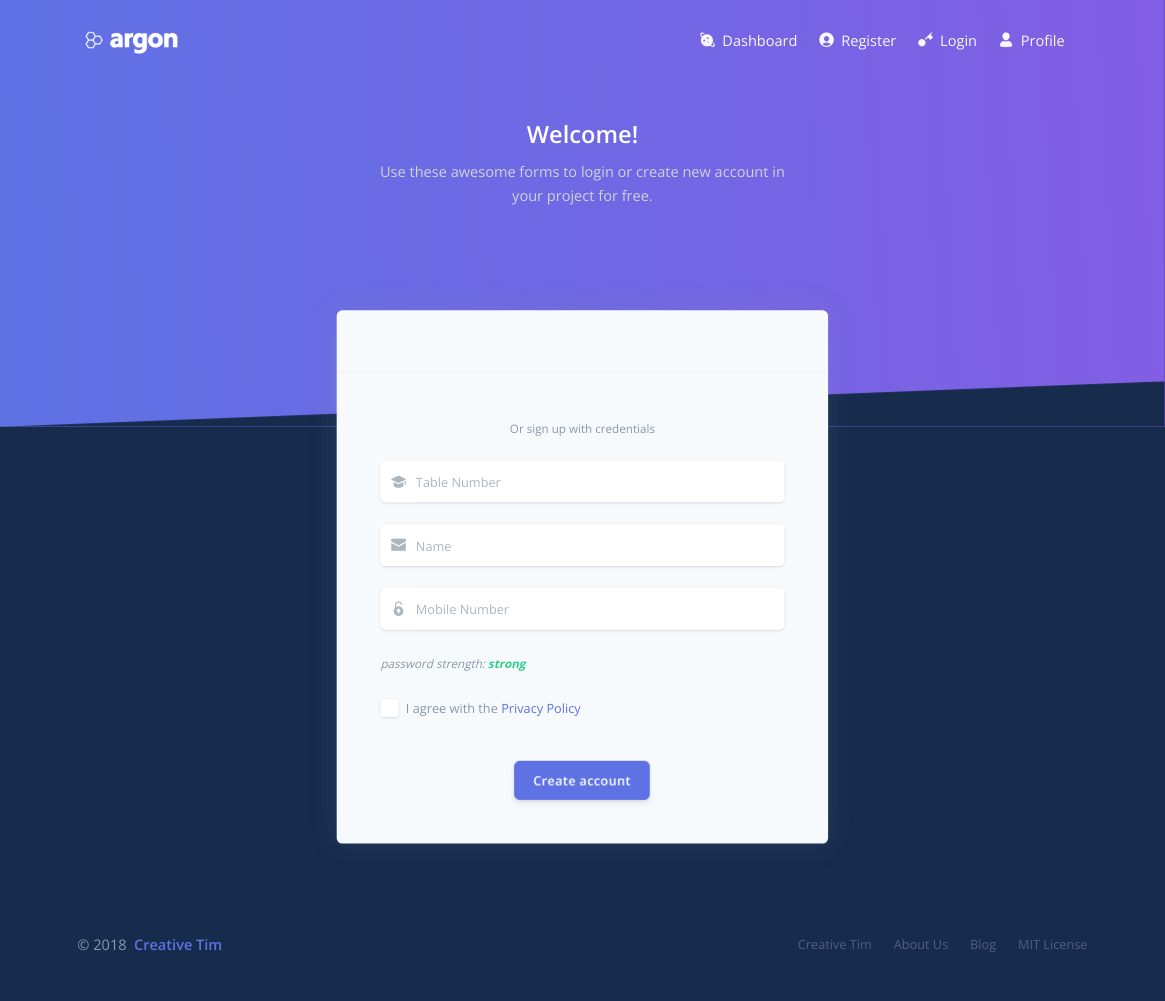
Repository: Hareeshgoli/restuarnt
Page: http://localhost/Items
These files come from the project's save history. The page is drawn as it stood at one moment and after the next save; the edit follows.
The browser window is 1280 px wide. The pictures show the whole page, at 91% of full size.
The page is this project's Thymeleaf template; nobody is signed in. The template is opened directly, without the code that normally fills it, so the values that code supplies are empty.

Above is the page before, as saved 2020-02-28 08:49:37.

After the next save:
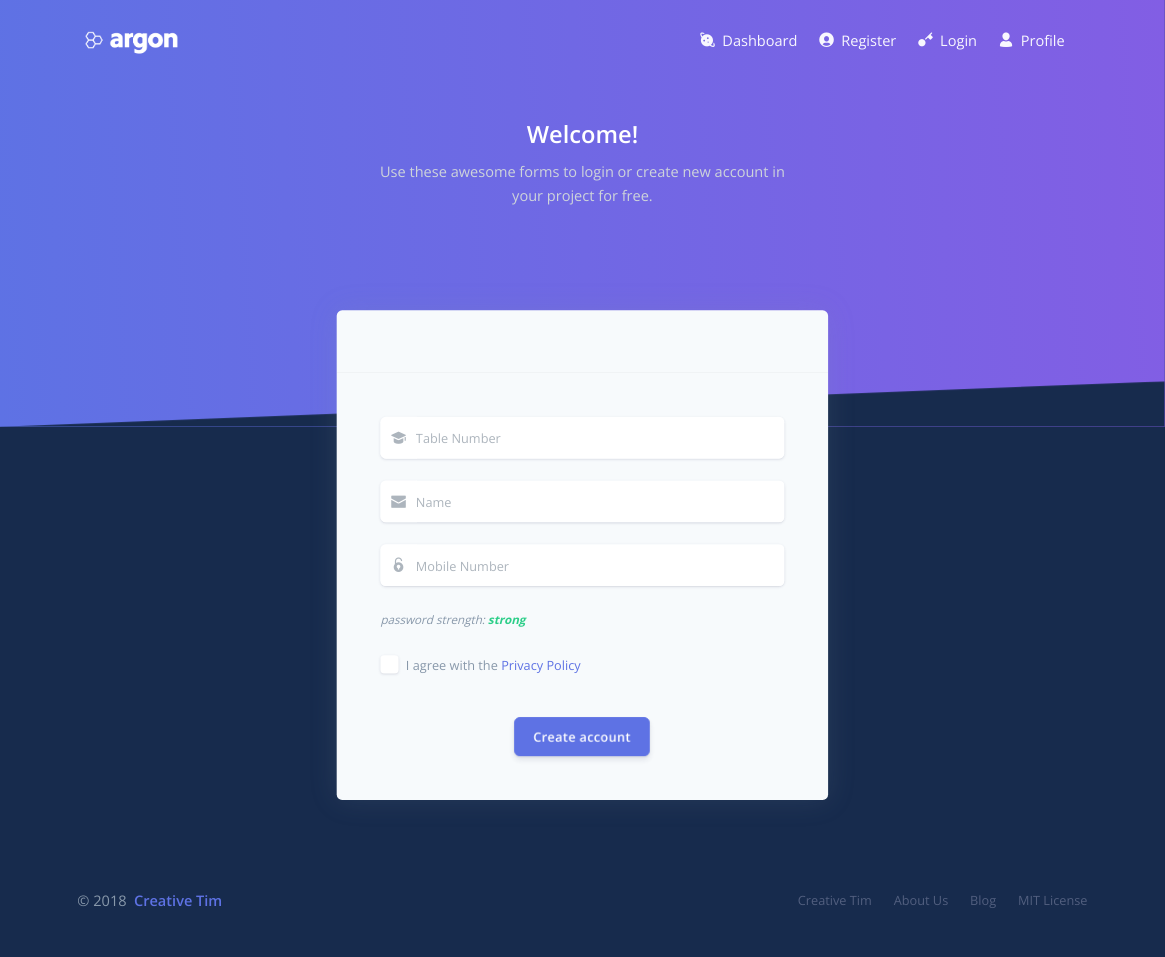
Saved 14 s later.
--- a/resturant/src/main/resources/templates/Items.html
+++ b/resturant/src/main/resources/templates/Items.html
@@ -118,9 +118,6 @@
             <div class="card-header bg-transparent pb-5">
             </div>
             <div class="card-body px-lg-5 py-lg-5">
-              <div class="text-center text-muted mb-4">
-                <small>Or sign up with credentials</small>
-              </div>
               <form role="form">
                 <div class="form-group">
                   <div class="input-group input-group-alternative mb-3">
